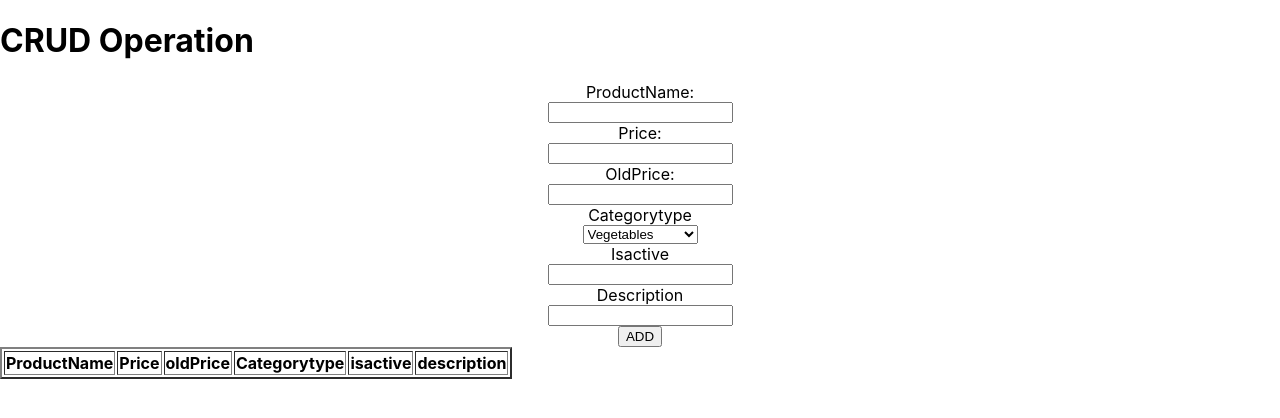
Repository: Josephkennedy603/Tridots-CRUD
Page: /
These files come from the project's save history. The page is drawn as it stood at one moment and after the next save; the edit follows.
The browser window is 1280 px wide. The pictures show the whole page.
The page's requests for data from a server got no answer. The project was rebuilt for these pictures with package versions that can differ from the ones it lists, and the page was loaded fresh each time. No one was signed in, and anything a server would have sent is missing.

Above is the page before, as saved 2024-09-20 17:39:50.

### src/App.jsx
import "./App.css";
import Create from "./create";
import { useState, useEffect } from "react";
import {
  collection,
  getDocs,
  onSnapshot,
  updateDoc,
  doc,
  deleteDoc,
} from "firebase/firestore";
import { db } from "./firebase";

export const userCollectionRef = collection(db, "record");
console.log("product data1", userCollectionRef);

function App() {
  const [products, setProducts] = useState([]);

  useEffect(() => {
    console.log("productdetails", products);
    // getUsers();
    const snapShot = onSnapshot(userCollectionRef, (snapshotparm) => {
      setProducts(
        snapshotparm.docs.map((doc) => ({
          ...doc.data(),
          id: doc.id,
        }))
      );
    });

    return () => snapShot();
  }, []);

  return (
    <div className="main-container">
      <h1>CRUD Operation</h1>
      <Create />

      {/* ProductName,
    Price,
    oldPrice,
    Categorytype,
    isactive,
    description, */}
      <table border={2}>
        <tbody>
          <tr>
            <th>ProductName</th>
            <th>Price</th>
            <th>oldPrice</th>
            <th>Categorytype</th>
            <th>isactive</th>
            <th>description</th>
          </tr>
          {products.map((u) => {
            console.log(u);
            return (
              <tr key={u.ProductName}>
                <td>{u.Price}</td>
                <td>{u.oldPrice}</td>
                <td>{u.Categorytype}</td>
                <td>{u.isactive}</td>
                <td>{u.description}</td>
                <td>
                  <button
                    // onClick={() => updateInput(u.id, u.Name, u.Age, u.Email)}
                    style={{ backgroundColor: "lightgreen" }}
                  >
                    Update
                  </button>
                </td>
                <td>
                  <button
                    // onClick={() => deleteUser(u.id)}
                    style={{ backgroundColor: "#ff0000" }}
                  >
                    Delete
                  </button>
                </td>
              </tr>
            );
          })}
        </tbody>
      </table>
    </div>
  );
}

export default App;

### src/App.css
.main-input {
  display: flex;
  flex-direction: column;
  align-items: center;
  justify-content: center;
}

### src/create.jsx
import React from "react";
import { useState } from "react";
import { userCollectionRef } from "./App";
import { addDoc } from "firebase/firestore";
import "./App";
// Product -> list, Add, Edit, delete Paramater: Product Name (type: string), Price (type: number), Old Price (type: number), Category type (type: select), is active (type: checkbox), description (type: textarea) Category list => Vegetables, Fruits & Nuts, Dairy & creams, Packages Food , Staples
const Create = ({ refetchUser }) => {
  const [ProductName, setProductName] = useState("");
  const [Price, setPrice] = useState();
  const [oldPrice, setOldPrice] = useState();
  const [Categorytype, setCategorytype] = useState();
  const [isactive, setisActive] = useState();
  const [description, setDescription] = useState();

  const data1 = {
    ProductName,
    Price,
    oldPrice,
    Categorytype,
    isactive,
    description,
  };

  const handleClick = async () => {
    await addDoc(userCollectionRef, data1);
    setProductName("");
    setPrice("");
    setOldPrice("");
    setCategorytype("");
    setisActive("");
    setDescription("");

    // refetchUser();
    // console.log("for create ", data);
  };

  return (
    <div className="main-input">
      <label>ProductName:</label>
      <input
        name="Name:"
        type="text"
        value={ProductName}
        onChange={(e) => setProductName(e.target.value)}
        required
      />
      <label>Price:</label>
      <input
        type="number"
        name="Age"
        value={Price}
        onChange={(e) => setPrice(Number(e.target.value))}
        required
      />
      <label>OldPrice:</label>
      <input
        type="number"
        value={oldPrice}
        onChange={(e) => setOldPrice(e.target.value)}
        required
      />

      <label>Categorytype</label>
      <select
        name=""
        id=""
        value={Categorytype}
        onChange={(e) => setCategorytype(e.target.value)}
        required
      >
        <option value="">Vegetables</option>
        <option value="">Fruits & Nuts</option>
        <option value="">Dairy & creams</option>
        <option value="">Packages Food</option>
        <option value=""> Staples</option>
      </select>

      <label>Isactive</label>
      <input
        type=""
        name="Phone Number"
        value={isactive}
        onChange={(e) => setDescription(e.target.value)}
        required
      />
      <label>Description</label>
      <input
        type="text"
        name="Phone Number"
        value={description}
        onChange={(e) => setisActive(Number(e.target.value))}
        required
      />
      <input type="submit" value={"ADD"} onClick={handleClick} />
    </div>
  );
};

export default Create;

### src/firebase.js
// Product -> list, Add, Edit, delete Paramater: Product Name (type: string), Price (type: number), Old Price (type: number), Category type (type: select), is active (type: checkbox), description (type: textarea) Category list => Vegetables, Fruits & Nuts, Dairy & creams, Packages Food , Staples
// Import the functions you need from the SDKs you need
import { initializeApp } from "firebase/app";
import { getFirestore } from "firebase/firestore";
// import { getAnalytics } from "firebase/analytics";

const firebaseConfig = {
  apiKey: "AIzaSyB6ZR0S_52AlqGIUs87cyuSaj7Dp9EP9nk",
  authDomain: "crud-operation-7754e.firebaseapp.com",
  projectId: "crud-operation-7754e",
  storageBucket: "crud-operation-7754e.appspot.com",
  messagingSenderId: "941097712371",
  appId: "1:941097712371:web:aad3664dddf0ff5721d586",
  measurementId: "G-CM49X6XD0N",
};

// Initialize Firebase
const app = initializeApp(firebaseConfig);
export const db = getFirestore(app);

export default app;

Loaded but not shown: public/index.html (common file); src/index.js (common file); src/index.css (common file); src/reportWebVitals.js (common file)

After the next save:
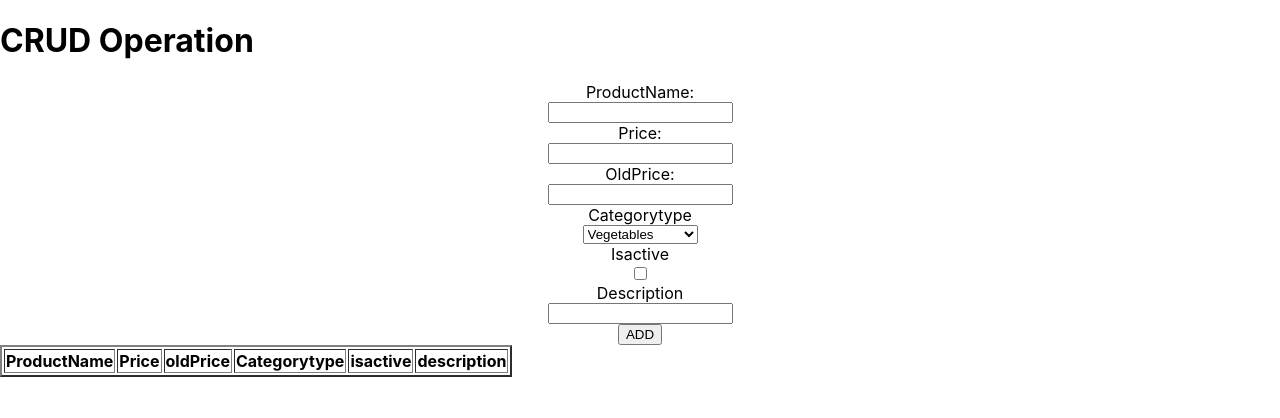
Saved 3 min 3 s later.
--- a/src/create.jsx
+++ b/src/create.jsx
@@ -76,8 +76,9 @@ const Create = ({ refetchUser }) => {
       </select>
 
       <label>Isactive</label>
+
       <input
-        type=""
+        type="checkbox"
         name="Phone Number"
         value={isactive}
         onChange={(e) => setDescription(e.target.value)}
